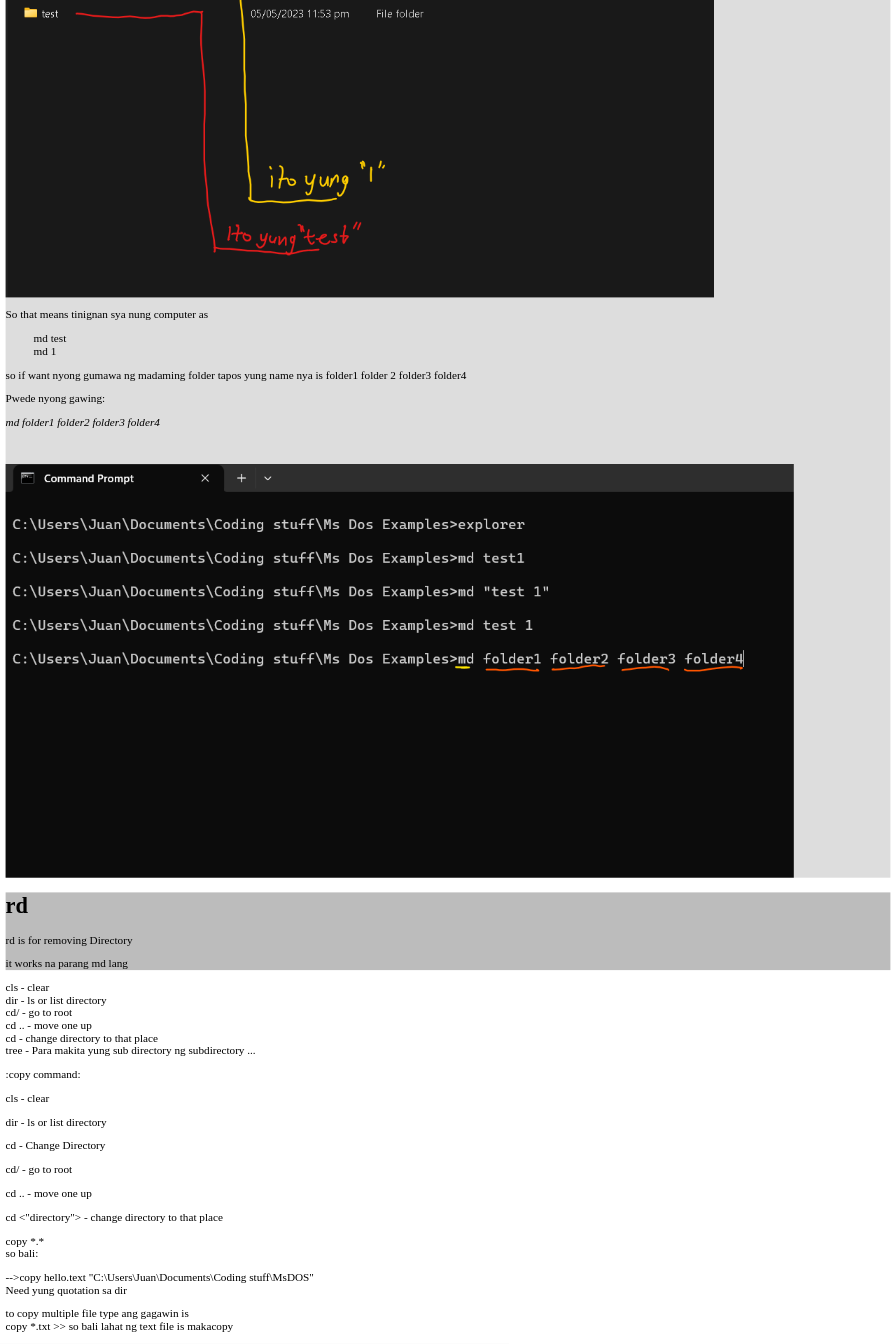
Repository: zwainer/Comprog
Page: index.html
An editor plug-in stored every save of this project. The page is shown before and after the next save, followed by the edit.
The browser window is 1280 px wide. The pictures show the part of the page from y = 3717 to 5637 px (the page is 5637 px tall), at 70% of full size.

Above is the page before, as saved 2023-05-06 00:34:32.

### index.html
<html>
	<head>
		<link rel="stylesheet" href="index.css">
	</head>
<body>

	<div class="header">

		<h1 class="mainHead">Comprog Notes Ko</h1>

	</div>

	<div class="makeDir">
		<!-- make dir part -->

		<p class="StartCommand">
			md
			<br/>

		</p>

		<p>md means make directory <br/>
		</p>
		<p>To use it :
			<dl>
				<dd>
					write md then
				</dd>

				<dd>
					yung name nung folder
				</dd>
			</dl>

		<br/>
		</p>


		</p>

		<img src="pictures/1_1.png">

		<p>Ito yung Output <br/></p>


		<img src="pictures/2.png">

		<h2>What if gusto nyong may space yung folder name<br/></h2>
		<dl>
			<dd>
				<p> To do it, need nyong lagyan ng "" quotation mark yung folder name nyo<br/></p>
			</dd>

			<dd>
				<p> So bali magiging cd "test 1"<br/></p>
			</dd>
		</dl>

		<img src="pictures/3.png">

		<p>Ito yung Output <br/></p>

		<img src="pictures/4.png">


		<h2>What will happen pag walang "" <-- ganire<br/></h2>

		<p>Gagawa sya ng multiple folder<br/></p>

		<img src="pictures/5.png">

		<p>Ito yung output<br/></p>

		<img src="pictures/6.png">

		<p>So that means tinignan sya nung computer as <br/>

			<dl>
				<dd>
					md test <br/>
				</dd>

				<dd>
					md 1<br/></p>
				</dd>
			</dl>

			<p>so if want nyong gumawa ng madaming folder tapos yung name nya is folder1 folder 2 folder3 folder4<br/></p>

			<p>Pwede nyong gawing: <p class="importantNote">md folder1 folder2 folder3 folder4</p> <br/> </p>

			<img src="pictures/7.png">


	</div>



	<!-- remove naman ng directory na part -->
	<div class="remDir">
		<h1>rd    <br/> </h1>

 		<p>rd is for removing Directory<br/></p>

 		<p> it works na parang md lang<br/></p>

	</div>
		 	<!-- clear ng cmd para di makalat -->
cls - clear<br/>
	<!-- Show the directory -->

dir - ls or list directory<br/>

<!-- cd stuff -->

cd/ - go to root<br/>

cd .. - move one up<br/>

cd <directory> - change directory to that place<br/>
<!-- tree momints -->


tree - Para makita yung sub directory ng subdirectory ...<br/>
<!-- copy command -->

<p >:copy command:<br/></p>
<p >cls - clear<br/></p>

<p >dir - ls or list directory<br/></p>

<p >cd - Change Directory<br/></p>


<p >cd/ - go to root<br/></p>

<p>cd .. - move one up<br/></p>

<p >cd <"directory"> - change directory to that place<br/></p>






<p>copy *.*<br/>

	so bali: <br/></p>
		<p>
				-->copy hello.text "C:\Users\Juan\Documents\Coding stuff\MsDOS"<br/>
			Need yung quotation sa dir
			<br/>
		</p>

		<p>
	to copy multiple file type ang gagawin is </br>
	copy *.txt >> so bali lahat ng text file is makacopy</br>



		</p>

	</body>
</html>

### index.css
.mainHead{
    color: white ;
    background-color: black;
    font-size: 40px;
    font-family: 'Arial Narrow Bold';
    text-align: center ;
    padding: 14px;

}


.makeDir{

    background-color: rgb(221, 221, 221) ;
    padding: 0%;
    margin: 0%;
}

.remDir{

    background-color: rgb(188, 188, 188) ;
    padding: 0%;
    margin: 0%;
}



.StartCommand{
    font-size: 30px;
    font-family: 'Franklin Gothic Medium';
    font-weight: bold;
}

.importantNote{
    font-style: italic;
}

After the next save:
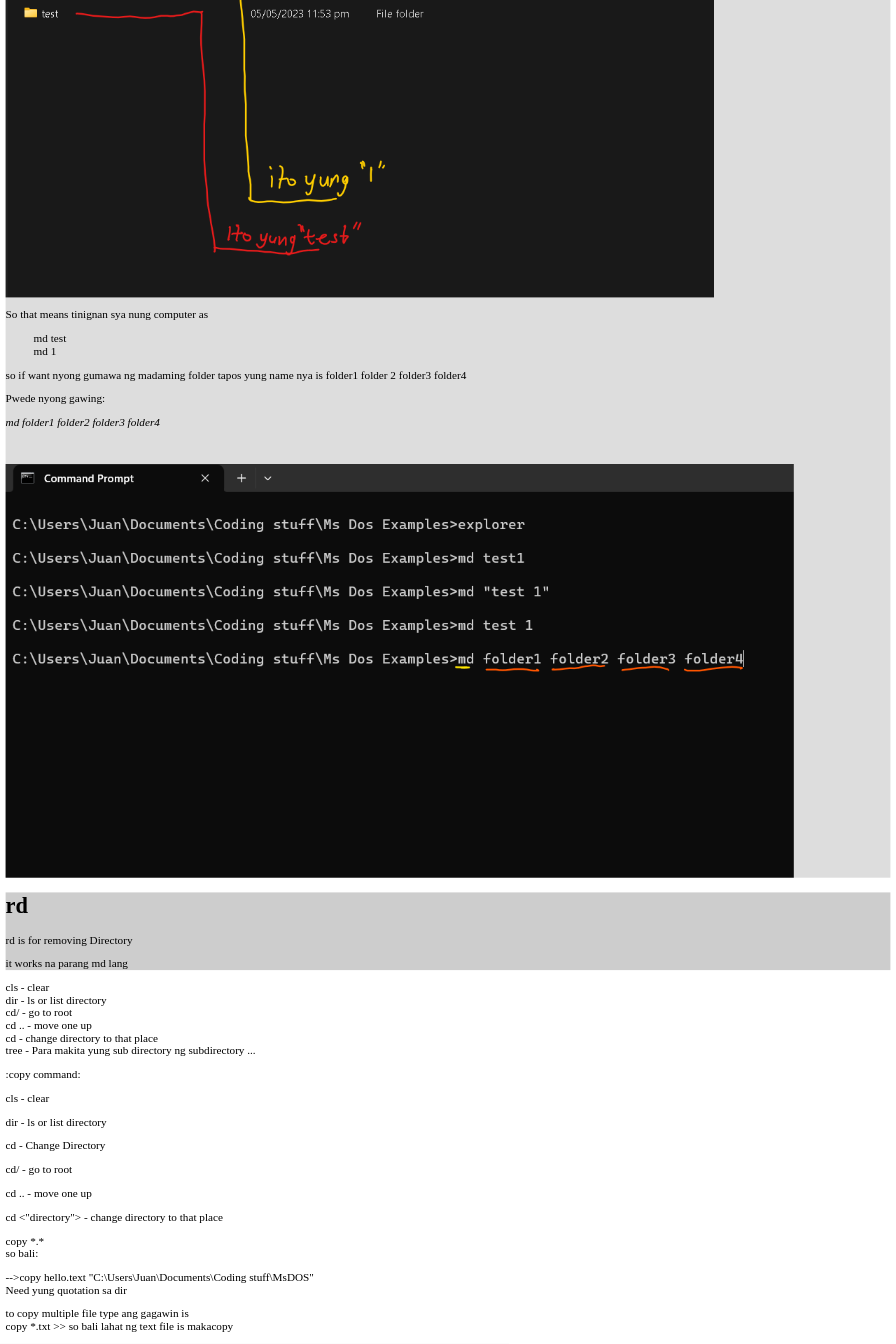
Saved 6 s later.
--- a/index.css
+++ b/index.css
@@ -18,7 +18,7 @@
 
 .remDir{
 
-    background-color: rgb(188, 188, 188) ;
+    background-color: rgb(205, 205, 205) ;
     padding: 0%;
     margin: 0%;
 }
